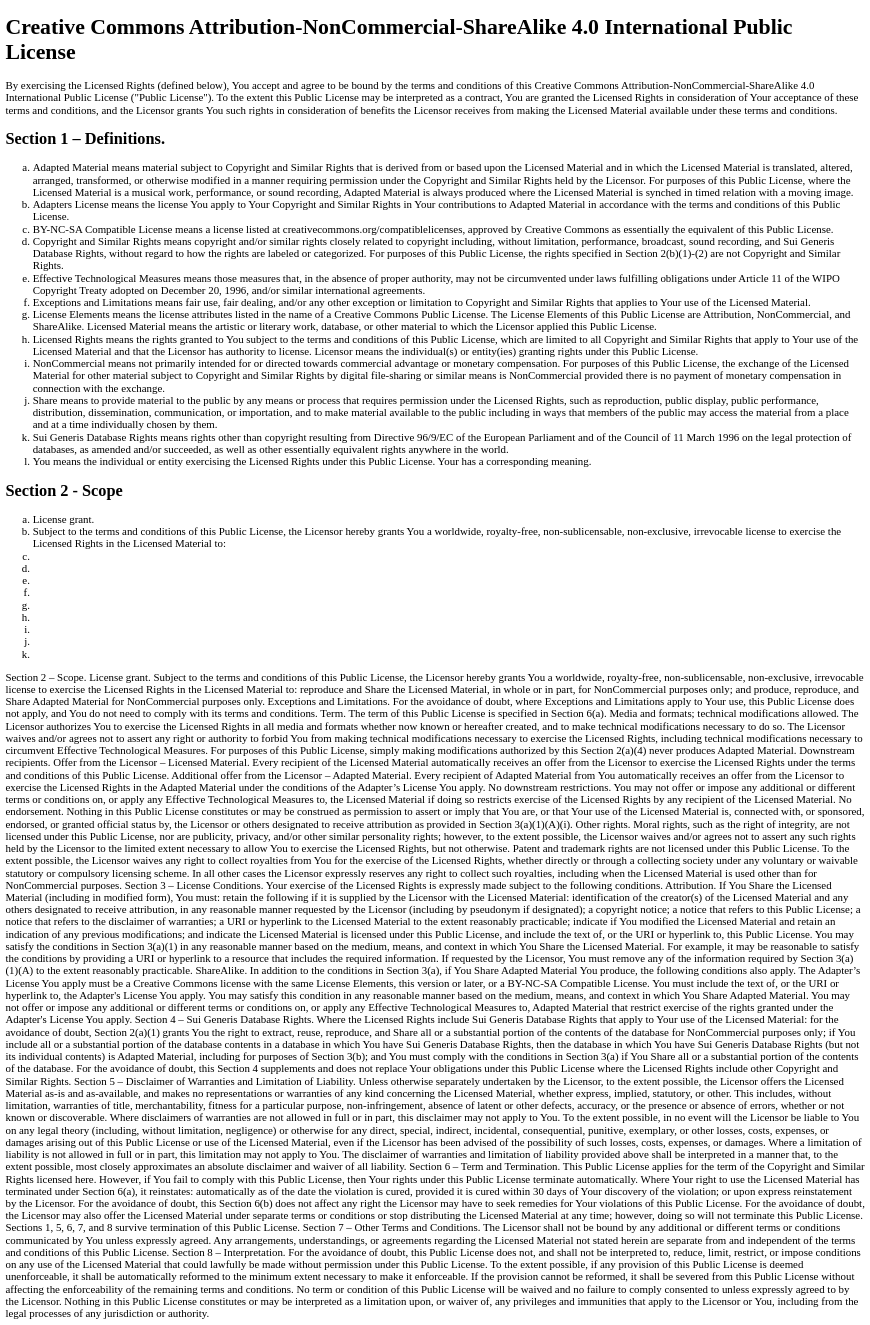
Repository: Team-Ikigami/Ascendance
Page: LICENSE-CC BY-NC-SA.html
An editor plug-in stored every save of this project. The page is shown before and after the next save, followed by the edit.
The browser window is 1280 px wide. The pictures show the whole page, at 68% of full size.

Above is the page before, as saved 2021-12-12 00:55:53.

### LICENSE-CC BY-NC-SA.html
<!DOCTYPE html>
<html lang="en">
<head>
	<meta charset="UTF-8">
	<meta http-equiv="X-UA-Compatible" content="IE=edge">
	<meta name="viewport" content="width=device-width, initial-scale=1.0">
	<title>LICENSE-CC BY-NC-SA</title>
	<style type="text/css">
		ol { list-style-type: lower-alpha; }
		#center { text-align: center; }
	</style>
</head>
<body>
	<h1 class="center">Creative Commons Attribution-NonCommercial-ShareAlike 4.0 International Public License</h1>
	<p>
		By exercising the Licensed Rights (defined below), You accept and agree to be bound by the terms and conditions of this Creative Commons Attribution-NonCommercial-ShareAlike 4.0 International Public License ("Public License"). To the extent this Public License may be interpreted as a contract, You are granted the Licensed Rights in consideration of Your acceptance of these terms and conditions, and the Licensor grants You such rights in consideration of benefits the Licensor receives from making the Licensed Material available under these terms and conditions.
	</p>
	<h2 class="center">Section 1 – Definitions.</h2>
	<ol>
		<li>
			Adapted Material means material subject to Copyright and Similar Rights that is derived from or based upon the Licensed Material and in which the Licensed Material is translated, altered, arranged, transformed, or otherwise modified in a manner requiring permission under the Copyright and Similar Rights held by the Licensor. For purposes of this Public License, where the Licensed Material is a musical work, performance, or sound recording, Adapted Material is always produced where the Licensed Material is synched in timed relation with a moving image.
		</li>
		<li>
			Adapters License means the license You apply to Your Copyright and Similar Rights in Your contributions to Adapted Material in accordance with the terms and conditions of this Public License.
		</li>
		<li>
			BY-NC-SA Compatible License means a license listed at creativecommons.org/compatiblelicenses, approved by Creative Commons as essentially the equivalent of this Public License.
		</li>
		<li>
			Copyright and Similar Rights means copyright and/or similar rights closely related to copyright including, without limitation, performance, broadcast, sound recording, and Sui Generis Database Rights, without regard to how the rights are labeled or categorized. For purposes of this Public License, the rights specified in Section 2(b)(1)-(2) are not Copyright and Similar Rights.
		</li>
		<li>
			Effective Technological Measures means those measures that, in the absence of proper authority, may not be circumvented under laws fulfilling obligations under Article 11 of the WIPO Copyright Treaty adopted on December 20, 1996, and/or similar international agreements.
		</li>
		<li>
			Exceptions and Limitations means fair use, fair dealing, and/or any other exception or limitation to Copyright and Similar Rights that applies to Your use of the Licensed Material.
		</li>
		<li>
			License Elements means the license attributes listed in the name of a Creative Commons Public License. The License Elements of this Public License are Attribution, NonCommercial, and ShareAlike.
			Licensed Material means the artistic or literary work, database, or other material to which the Licensor applied this Public License.
		</li>
		<li>
			Licensed Rights means the rights granted to You subject to the terms and conditions of this Public License, which are limited to all Copyright and Similar Rights that apply to Your use of the Licensed Material and that the Licensor has authority to license.
			Licensor means the individual(s) or entity(ies) granting rights under this Public License.
		</li>
		<li>
			NonCommercial means not primarily intended for or directed towards commercial advantage or monetary compensation. For purposes of this Public License, the exchange of the Licensed Material for other material subject to Copyright and Similar Rights by digital file-sharing or similar means is NonCommercial provided there is no payment of monetary compensation in connection with the exchange.
		</li>
		<li>
			Share means to provide material to the public by any means or process that requires permission under the Licensed Rights, such as reproduction, public display, public performance, distribution, dissemination, communication, or importation, and to make material available to the public including in ways that members of the public may access the material from a place and at a time individually chosen by them.
		</li>
		<li>
			Sui Generis Database Rights means rights other than copyright resulting from Directive 96/9/EC of the European Parliament and of the Council of 11 March 1996 on the legal protection of databases, as amended and/or succeeded, as well as other essentially equivalent rights anywhere in the world.
		</li>
		<li>
			You means the individual or entity exercising the Licensed Rights under this Public License. Your has a corresponding meaning.
		</li>
	</ol>
	<h2>Section 2 - Scope</h2>
	<ol>
		<li>License grant.
			<li>Subject to the terms and conditions of this Public License, the Licensor hereby grants You a worldwide, royalty-free, non-sublicensable, non-exclusive, irrevocable license to exercise the Licensed Rights in the Licensed Material to:</li>
			<li></li>
			<li></li>
			<li></li>
			<li></li>
			<li></li>
		</li>
		<li>
			<li></li>
			<li></li>
			<li></li>
		</li>
	</ol>
</body>
</html>

Section 2 – Scope.

License grant.
Subject to the terms and conditions of this Public License, the Licensor hereby grants You a worldwide, royalty-free, non-sublicensable, non-exclusive, irrevocable license to exercise the Licensed Rights in the Licensed Material to:
reproduce and Share the Licensed Material, in whole or in part, for NonCommercial purposes only; and
produce, reproduce, and Share Adapted Material for NonCommercial purposes only.
Exceptions and Limitations. For the avoidance of doubt, where Exceptions and Limitations apply to Your use, this Public License does not apply, and You do not need to comply with its terms and conditions.
Term. The term of this Public License is specified in Section 6(a).
Media and formats; technical modifications allowed. The Licensor authorizes You to exercise the Licensed Rights in all media and formats whether now known or hereafter created, and to make technical modifications necessary to do so. The Licensor waives and/or agrees not to assert any right or authority to forbid You from making technical modifications necessary to exercise the Licensed Rights, including technical modifications necessary to circumvent Effective Technological Measures. For purposes of this Public License, simply making modifications authorized by this Section 2(a)(4) never produces Adapted Material.
Downstream recipients.
Offer from the Licensor – Licensed Material. Every recipient of the Licensed Material automatically receives an offer from the Licensor to exercise the Licensed Rights under the terms and conditions of this Public License.
Additional offer from the Licensor – Adapted Material. Every recipient of Adapted Material from You automatically receives an offer from the Licensor to exercise the Licensed Rights in the Adapted Material under the conditions of the Adapter’s License You apply.
No downstream restrictions. You may not offer or impose any additional or different terms or conditions on, or apply any Effective Technological Measures to, the Licensed Material if doing so restricts exercise of the Licensed Rights by any recipient of the Licensed Material.
No endorsement. Nothing in this Public License constitutes or may be construed as permission to assert or imply that You are, or that Your use of the Licensed Material is, connected with, or sponsored, endorsed, or granted official status by, the Licensor or others designated to receive attribution as provided in Section 3(a)(1)(A)(i).
Other rights.

Moral rights, such as the right of integrity, are not licensed under this Public License, nor are publicity, privacy, and/or other similar personality rights; however, to the extent possible, the Licensor waives and/or agrees not to assert any such rights held by the Licensor to the limited extent necessary to allow You to exercise the Licensed Rights, but not otherwise.
Patent and trademark rights are not licensed under this Public License.
To the extent possible, the Licensor waives any right to collect royalties from You for the exercise of the Licensed Rights, whether directly or through a collecting society under any voluntary or waivable statutory or compulsory licensing scheme. In all other cases the Licensor expressly reserves any right to collect such royalties, including when the Licensed Material is used other than for NonCommercial purposes.
Section 3 – License Conditions.

Your exercise of the Licensed Rights is expressly made subject to the following conditions.

Attribution.

If You Share the Licensed Material (including in modified form), You must:

retain the following if it is supplied by the Licensor with the Licensed Material:
identification of the creator(s) of the Licensed Material and any others designated to receive attribution, in any reasonable manner requested by the Licensor (including by pseudonym if designated);
a copyright notice;
a notice that refers to this Public License;
a notice that refers to the disclaimer of warranties;
a URI or hyperlink to the Licensed Material to the extent reasonably practicable;
indicate if You modified the Licensed Material and retain an indication of any previous modifications; and
indicate the Licensed Material is licensed under this Public License, and include the text of, or the URI or hyperlink to, this Public License.
You may satisfy the conditions in Section 3(a)(1) in any reasonable manner based on the medium, means, and context in which You Share the Licensed Material. For example, it may be reasonable to satisfy the conditions by providing a URI or hyperlink to a resource that includes the required information.
If requested by the Licensor, You must remove any of the information required by Section 3(a)(1)(A) to the extent reasonably practicable.
ShareAlike.
In addition to the conditions in Section 3(a), if You Share Adapted Material You produce, the following conditions also apply.

The Adapter’s License You apply must be a Creative Commons license with the same License Elements, this version or later, or a BY-NC-SA Compatible License.
You must include the text of, or the URI or hyperlink to, the Adapter's License You apply. You may satisfy this condition in any reasonable manner based on the medium, means, and context in which You Share Adapted Material.
You may not offer or impose any additional or different terms or conditions on, or apply any Effective Technological Measures to, Adapted Material that restrict exercise of the rights granted under the Adapter's License You apply.
Section 4 – Sui Generis Database Rights.

Where the Licensed Rights include Sui Generis Database Rights that apply to Your use of the Licensed Material:

for the avoidance of doubt, Section 2(a)(1) grants You the right to extract, reuse, reproduce, and Share all or a substantial portion of the contents of the database for NonCommercial purposes only;
if You include all or a substantial portion of the database contents in a database in which You have Sui Generis Database Rights, then the database in which You have Sui Generis Database Rights (but not its individual contents) is Adapted Material, including for purposes of Section 3(b); and
You must comply with the conditions in Section 3(a) if You Share all or a substantial portion of the contents of the database.
For the avoidance of doubt, this Section 4 supplements and does not replace Your obligations under this Public License where the Licensed Rights include other Copyright and Similar Rights.
Section 5 – Disclaimer of Warranties and Limitation of Liability.

Unless otherwise separately undertaken by the Licensor, to the extent possible, the Licensor offers the Licensed Material as-is and as-available, and makes no representations or warranties of any kind concerning the Licensed Material, whether express, implied, statutory, or other. This includes, without limitation, warranties of title, merchantability, fitness for a particular purpose, non-infringement, absence of latent or other defects, accuracy, or the presence or absence of errors, whether or not known or discoverable. Where disclaimers of warranties are not allowed in full or in part, this disclaimer may not apply to You.
To the extent possible, in no event will the Licensor be liable to You on any legal theory (including, without limitation, negligence) or otherwise for any direct, special, indirect, incidental, consequential, punitive, exemplary, or other losses, costs, expenses, or damages arising out of this Public License or use of the Licensed Material, even if the Licensor has been advised of the possibility of such losses, costs, expenses, or damages. Where a limitation of liability is not allowed in full or in part, this limitation may not apply to You.
The disclaimer of warranties and limitation of liability provided above shall be interpreted in a manner that, to the extent possible, most closely approximates an absolute disclaimer and waiver of all liability.
Section 6 – Term and Termination.

This Public License applies for the term of the Copyright and Similar Rights licensed here. However, if You fail to comply with this Public License, then Your rights under this Public License terminate automatically.
Where Your right to use the Licensed Material has terminated under Section 6(a), it reinstates:

automatically as of the date the violation is cured, provided it is cured within 30 days of Your discovery of the violation; or
upon express reinstatement by the Licensor.
For the avoidance of doubt, this Section 6(b) does not affect any right the Licensor may have to seek remedies for Your violations of this Public License.
For the avoidance of doubt, the Licensor may also offer the Licensed Material under separate terms or conditions or stop distributing the Licensed Material at any time; however, doing so will not terminate this Public License.
Sections 1, 5, 6, 7, and 8 survive termination of this Public License.
Section 7 – Other Terms and Conditions.

The Licensor shall not be bound by any additional or different terms or conditions communicated by You unless expressly agreed.
Any arrangements, understandings, or agreements regarding the Licensed Material not stated herein are separate from and independent of the terms and conditions of this Public License.
Section 8 – Interpretation.

For the avoidance of doubt, this Public License does not, and shall not be interpreted to, reduce, limit, restrict, or impose conditions on any use of the Licensed Material that could lawfully be made without permission under this Public License.
To the extent possible, if any provision of this Public License is deemed unenforceable, it shall be automatically reformed to the minimum extent necessary to make it enforceable. If the provision cannot be reformed, it shall be severed from this Public License without affecting the enforceability of the remaining terms and conditions.
No term or condition of this Public License will be waived and no failure to comply consented to unless expressly agreed to by the Licensor.
Nothing in this Public License constitutes or may be interpreted as a limitation upon, or waiver of, any privileges and immunities that apply to the Licensor or You, including from the legal processes of any jurisdiction or authority.

After the next save:
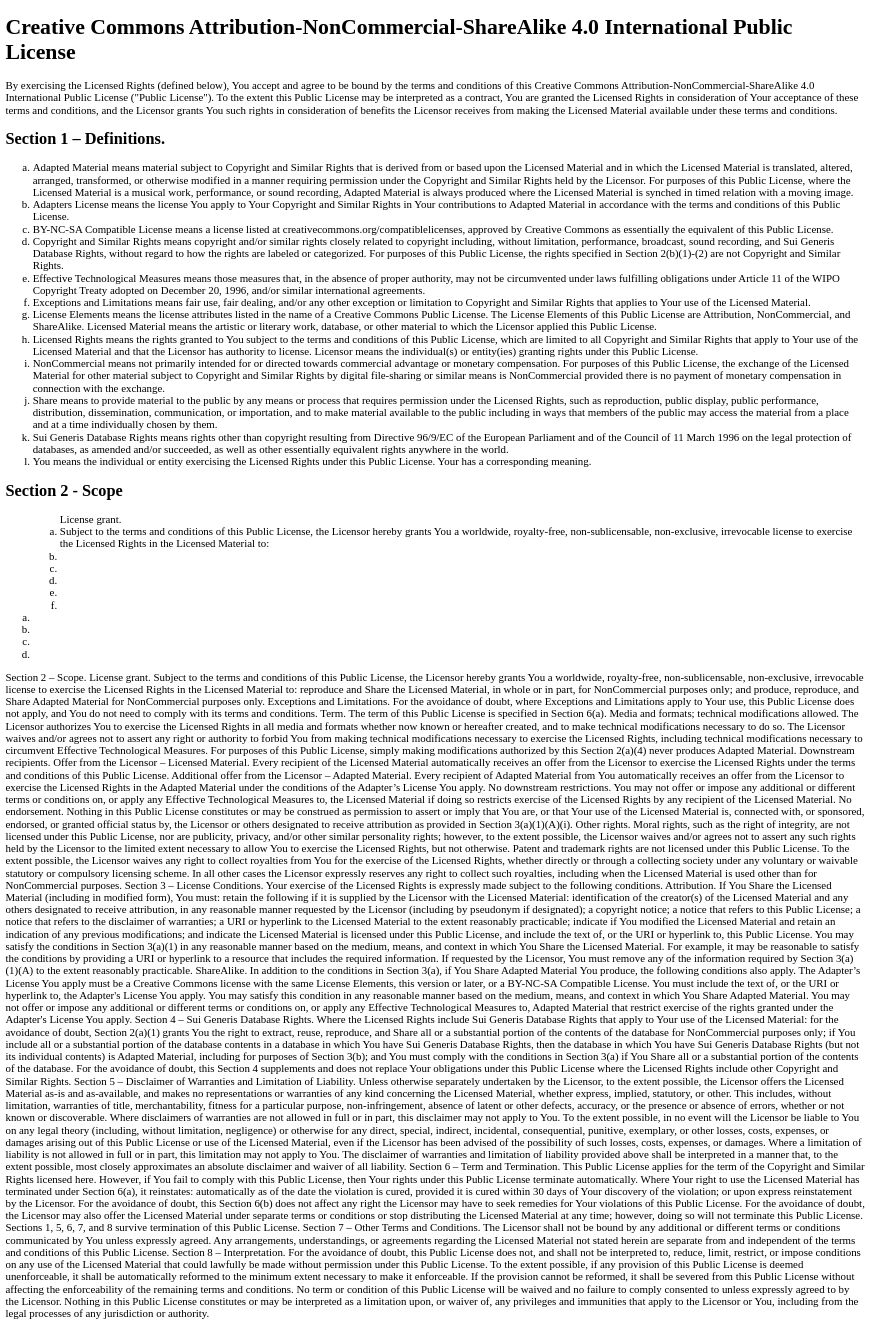
Saved 23 s later.
--- a/LICENSE-CC BY-NC-SA.html
+++ b/LICENSE-CC BY-NC-SA.html
@@ -58,14 +58,14 @@
 	</ol>
 	<h2>Section 2 - Scope</h2>
 	<ol>
-		<li>License grant.
+		<ol>License grant.
 			<li>Subject to the terms and conditions of this Public License, the Licensor hereby grants You a worldwide, royalty-free, non-sublicensable, non-exclusive, irrevocable license to exercise the Licensed Rights in the Licensed Material to:</li>
 			<li></li>
 			<li></li>
 			<li></li>
 			<li></li>
 			<li></li>
-		</li>
+		</ol>
 		<li>
 			<li></li>
 			<li></li>
